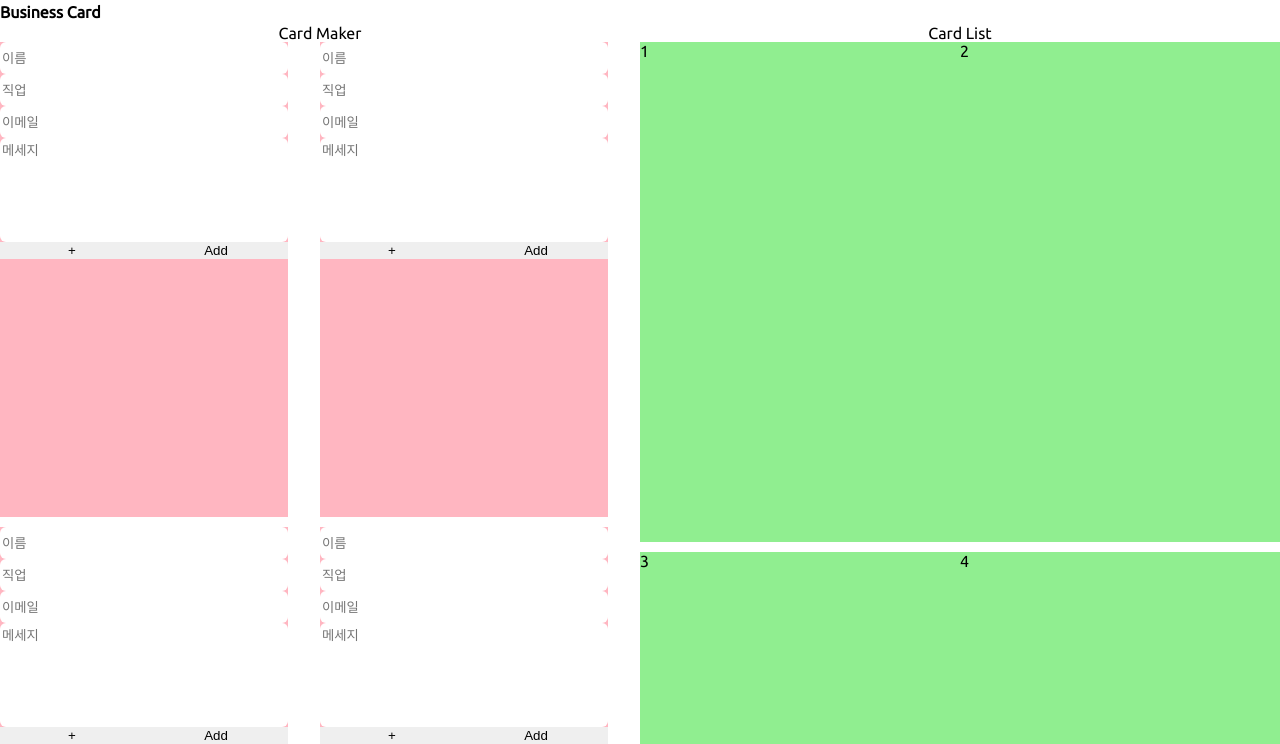
Repository: momo0170/react_businesscard
Page: /main
An editor plug-in stored every save of this project. The page is shown before and after the next save, followed by the edit.
The browser window is 1280 px wide. The pictures show the whole page.
The page's requests for data from a server got no answer. The project was rebuilt for these pictures with package versions that can differ from the ones it lists, and the page was loaded fresh each time. No one was signed in, and anything a server would have sent is missing. Also part of the build but not shown: src/css/login.module.css, src/route/login.jsx.

Above is the page before, as saved 2022-08-14 21:00:54.

### public/index.html
<!DOCTYPE html>
<html lang="en">
  <head>
    <meta charset="utf-8" />
    <link rel="icon" href="%PUBLIC_URL%/favicon.ico" />
    <meta name="viewport" content="width=device-width, initial-scale=1" />
    <meta name="theme-color" content="#000000" />
    <meta
      name="description"
      content="Web site created using create-react-app"
    />
    <link rel="preconnect" href="https://fonts.googleapis.com" />
    <link rel="preconnect" href="https://fonts.gstatic.com" crossorigin />
    <link
      href="https://fonts.googleapis.com/css2?family=Noto+Sans+KR:wght@400;700&family=Ubuntu:ital,wght@0,400;1,500&display=swap"
      rel="stylesheet"
    />

    <title>App</title>
  </head>
  <body>
    <noscript>You need to enable JavaScript to run this app.</noscript>
    <div id="root"></div>
  </body>
</html>

### src/index.js
import React from 'react';
import ReactDOM from 'react-dom/client';
import './index.css';
import App from './app.jsx';
import { BrowserRouter } from 'react-router-dom';

const root = ReactDOM.createRoot(document.getElementById('root'));
root.render(
  <BrowserRouter>
    <App />
  </BrowserRouter>
);

### src/index.css
html {
  width: 100%;
  height: 100%;
}

body {
  width: 100%;
  height: 100%;
  margin: 0;
  font-family: 'Noto Sans KR', sans-serif;
  font-family: 'Ubuntu', sans-serif;
}

#root {
  width: 100%;
  height: 100%;
}

### src/app.jsx
import React, { useState, useRef } from 'react';
import { Routes, Route } from 'react-router-dom';

import Login from './route/login';
import Main from './route/main';

import { auth } from './service/firebase.js';
import './service/firebase.js';
import writeUserData from './service/database.js';
import {
  GoogleAuthProvider,
  signInWithPopup,
  createUserWithEmailAndPassword,
  onAuthStateChanged,
  signInWithEmailAndPassword,
  signOut,
} from 'firebase/auth';

// createUserWithEmailAndPassword : 회원가입
// signInWithEmailAndPassword : 로그인
// signOut : 로그아웃
// sendEmailVerifiacation : 회원가입한 이메일 유호 확인
// updateEmail : 회원가입한 아이디 이메일 변경
// updatePassword : 회원가입한 아이디 패스워드 변경
// sendPasswordResetEmail : 회원가입한 비빌먼호 재설정
// delete : 회원가입한 아이디 삭제
// reauthenticate : 아이디 재인증
// onAuthStateChanged : 사용자의 로그인 상태 변경 감시

function App() {
  const [registerEmail, setRegisterEmail] = useState('');
  const [registerPassword, setRegisterPassword] = useState('');
  const [loginEmail, setLoginEmail] = useState(''); // email 저장하는 변수
  const [loginPassword, setLoginPassword] = useState(''); // 비밀번호 저장하는 변수
  const [googleUserData, setGoogleUserData] = useState(null); // google 로그인 사용자 정보
  const [emailUserData, setEmailUserData] = useState(null); // email 로그인 사용자 정보
  const loginInputId = useRef(); // id input 태그 제어
  const loginInputPassword = useRef(); // password input 태그 제어

  // 회원가입
  const register = () => {
    createUserWithEmailAndPassword(auth, registerEmail, registerPassword)
      .then((userCredential) => {
        var registerUser = userCredential.user;
        console.log(registerUser);
      })
      .catch((error) => {
        var errorCode = error.code;
        var errorMessage = error.message;
        console.log(errorCode);
        console.log(errorMessage);
        // ..
      });
  };

  // 이메일 로그인
  const emailLogin = (e) => {
    e.preventDefault();
    loginInputId.current.value = '';
    loginInputPassword.current.value = '';
    signInWithEmailAndPassword(auth, loginEmail, loginPassword)
      .then((userCredential) => {
        const data = userCredential.user;
        setEmailUserData(data);
        console.log(data);
        document.location.href = '/main';
      })
      .catch((error) => {
        const errorCode = error.code;
        const errorMessage = error.message;
        console.log(errorCode);
        console.log(errorMessage);
      });
  };

  // 구글 로그인
  const googleLogin = () => {
    const provider = new GoogleAuthProvider(); // provider를 구글로 설정
    signInWithPopup(auth, provider) // popup을 이용한 signup
      .then((data) => {
        setGoogleUserData(data.user); // user data 설정
        console.log(data); // console로 들어온 데이터 표시
        document.location.href = '/main';
      })
      .catch((err) => {
        console.log(err);
      });
  };

  return (
    <Routes>
      <Route path="/">
        <Route
          path="login"
          element={
            <Login
              googleLogin={googleLogin}
              register={register}
              emailLogin={emailLogin}
              googleUserData={googleUserData}
              setGoogleUserData={setGoogleUserData}
              emailUserData={emailUserData}
              setEmailUserData={setEmailUserData}
              setLoginEmail={setLoginEmail}
              setLoginPassword={setLoginPassword}
              loginInputId={loginInputId}
              loginInputPassword={loginInputPassword}
            />
          }
        />
      </Route>
      <Route path="/main" element={<Main />} />
    </Routes>
  );
}

export default App;

### src/route/main.jsx
import React from 'react';
import { useState } from 'react';
import styles from '../css/main.module.css';
import CardMaker from '../components/cardMaker';

function Main() {
  const [maker, setMaker] = useState([
    {
      name: '창한',
      job: 'Front-End Developer',
      email: 'momo017097@gmail.com',
      message: '화이팅',
    },
    {
      name: 'Donald',
      job: 'FBI agent',
      email: 'dnd@gmail.com',
      message: 'Get down here',
    },
  ]);
  const [card, setCard] = useState([]);

  return (
    <>
      <header className={styles.header}>
        <span className={styles.title}>Business Card</span>
        <div>
          <span className={styles.logout}>로그아웃</span>
        </div>
      </header>
      <div className={styles.container}>
        {/* 카드 메이커 */}
        <div className={styles.cardMakerTitle}>
          <span>Card Maker</span>
          <div className={styles.cardMakers}>
            <CardMaker />
            <CardMaker />
            <CardMaker />
            <CardMaker />
          </div>
        </div>

        {/* 카드 리스트 */}
        <div className={styles.cardListTitle}>
          <span>Card List</span>
          <div className={styles.cardLists}>
            <div>1</div>
            <div>2</div>
            <div>3</div>
            <div>4</div>
          </div>
        </div>
      </div>
    </>
  );
}

export default Main;

### src/service/firebase.js
import { initializeApp } from 'firebase/app';
import { getAuth } from 'firebase/auth';

const firebaseConfig = {
  apiKey: process.env.REACT_APP_API_KEY,
  authDomain: process.env.REACT_APP_AUTH_DOMAIN,
  projectId: process.env.REACT_APP_PROJECT_ID,
  storageBucket: process.env.REACT_APP_STORAGE_BUCKET,
  messagingSenderId: process.env.REACT_APP_MESSAGING_ID,
  appId: process.env.REACT_APP_APP_ID,
};
const app = initializeApp(firebaseConfig);
const auth = getAuth(app);

export { app, auth };

### src/service/database.js
import { getDatabase, ref, set } from 'firebase/database';

// set을 사용해서 지정된 참조에 데이터를 저장
// 해당 경로의 기존 데이터를 모두 바꿈
// 하위 노드를 포함하여 지정된 위치의 데이터를 덮어 씀
const writeUserData = (userId, name, email) => {
  const db = getDatabase();
  set(ref(db, '/main/users/' + userId), {
    username: name,
    email: email,
  });
};

// onValue 메소드가 이벤트를 관찰
// 이벤트가 발생하면 지정한 경로에 있는 콘텐츠의 정적 스냅샷을 읽음
// 처음에 리스너에 연결될 때 한 번 트리거되고, 하위 요소를 포함한 데이터가 변경될 때마다 다시 트리거
// 리스너는 이벤트 발생 시점에 지정된 위치에 있던 데이터르 포함하는 스냅샷을 수신
// val() 메소트를 이용해 스냅샷 데이터 검색 가능

export default writeUserData;

### src/css/main.module.css
@value normalBlue from '../common/colors.css';
@value marginNormal, fontXLarge, marginHigh, paddingLow, fontLarge, paddingNormal, paddingHigh, fontXXLarge from '../common/size.css';

.header {
  display: flex;
  justify-content: space-between;
  align-items: center;
  padding: paddingNormal paddingHigh;
  position: sticky;
  top: 0;
  background-color: white;
}

.title {
  color: normalBlue;
  margin: 0;
  font-size: fontXXLarge;
  font-weight: 600;
}

.logout {
  cursor: pointer;
  background-color: normalBlue;
  padding: paddingLow;
  color: white;
  font-weight: 600;
  border-radius: 6px;
}

.container {
  display: flex;
  height: 100%;
}

.cardMakerTitle,
.cardListTitle {
  display: flex;
  flex-direction: column;
  align-items: center;
}
.cardMakerTitle,
.cardListTitle {
  /* background-color: grey; */
  flex: 1 1 50%;
}

.cardMakerTitle span,
.cardListTitle span {
  margin-bottom: marginNormal;
  font-size: fontXLarge;
}

.cardMakers,
.cardLists {
  width: 100%;
  height: 100%;
  display: grid;
  grid-template-columns: repeat(auto-fill, 50%);
  grid-template-rows: repeat(auto-fill, minmax(400px, 500px));
  overflow: auto;
  row-gap: 10px;
  /* margin: marginNormal; */
}
.cardMakers div {
  background-color: lightpink;
}

.cardLists div {
  background-color: lightgreen;
}

### src/components/cardMaker.jsx
import styles from '../css/cardMaker.module.css';

function CardMaker() {
  return (
    <div className={styles.frame}>
      <input className={styles.name} placeholder="이름" />
      <input className={styles.job} placeholder="직업" />
      <div className={styles.emailAndMessage}>
        <input className={styles.email} placeholder="이메일" />
        <textarea className={styles.message} placeholder="메세지" />
      </div>
      <div className={styles.btns}>
        <button className={styles.photoBtn}>+</button>
        <button className={styles.addBtn}>Add</button>
      </div>
    </div>
  );
}

export default CardMaker;

### src/css/cardMaker.module.css
@value normalBlue, cardBackground, cardBorder, cardAdd, cardDelete, photoAdd from '../common/colors.css';
@value marginNormal, fontXLarge, marginHigh, paddingLow, fontLarge, paddingNormal, paddingHigh, fontXXLarge from '../common/size.css';

.frame {
  width: 90%;
  display: flex;
  flex-direction: column;
}

input {
  margin: marginNormal;
  border: 0;
  border-radius: 6px;
  padding-left: paddingLow;
}

.message {
  margin: marginNormal;
  border: 0;
  border-radius: 6px;
  height: 100px;
  resize: none;
  padding: paddingLow;
}

.name,
.job,
.email {
  height: 30px;
}
.name {
  margin-bottom: marginNormal;
}
.job {
}

.emailAndMessage {
  display: flex;
  flex-direction: column;
}
.btns {
  display: flex;
}
.photoBtn,
.addBtn {
  outline: 0;
  border: 0;
  cursor: pointer;
  flex: 1 1 50%;
}

After the next save:
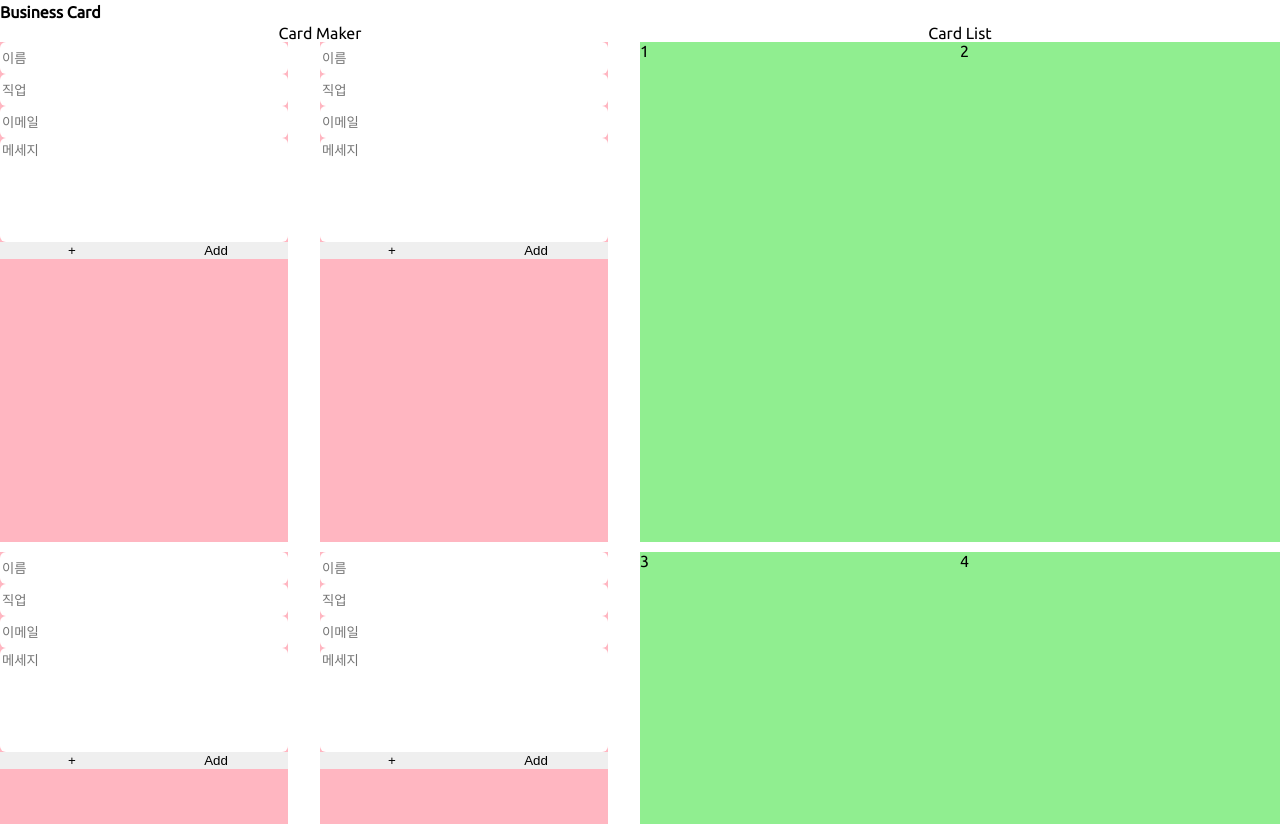
Saved 77 s later.
--- a/src/css/main.module.css
+++ b/src/css/main.module.css
@@ -29,7 +29,7 @@
 
 .container {
   display: flex;
-  height: 100%;
+  height: 800px;
 }
 
 .cardMakerTitle,

After the save that followed:
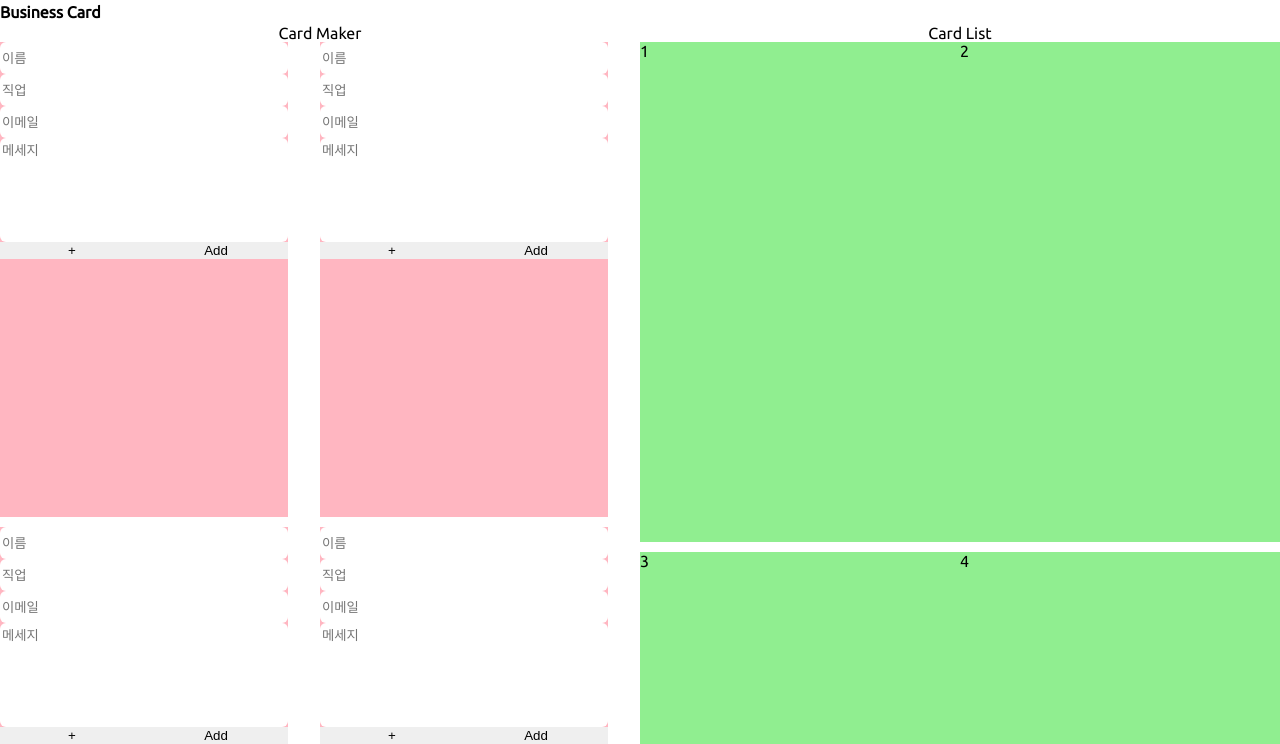
Saved 15 s later.
--- a/src/css/main.module.css
+++ b/src/css/main.module.css
@@ -29,7 +29,7 @@
 
 .container {
   display: flex;
-  height: 800px;
+  height: 100vh;
 }
 
 .cardMakerTitle,
